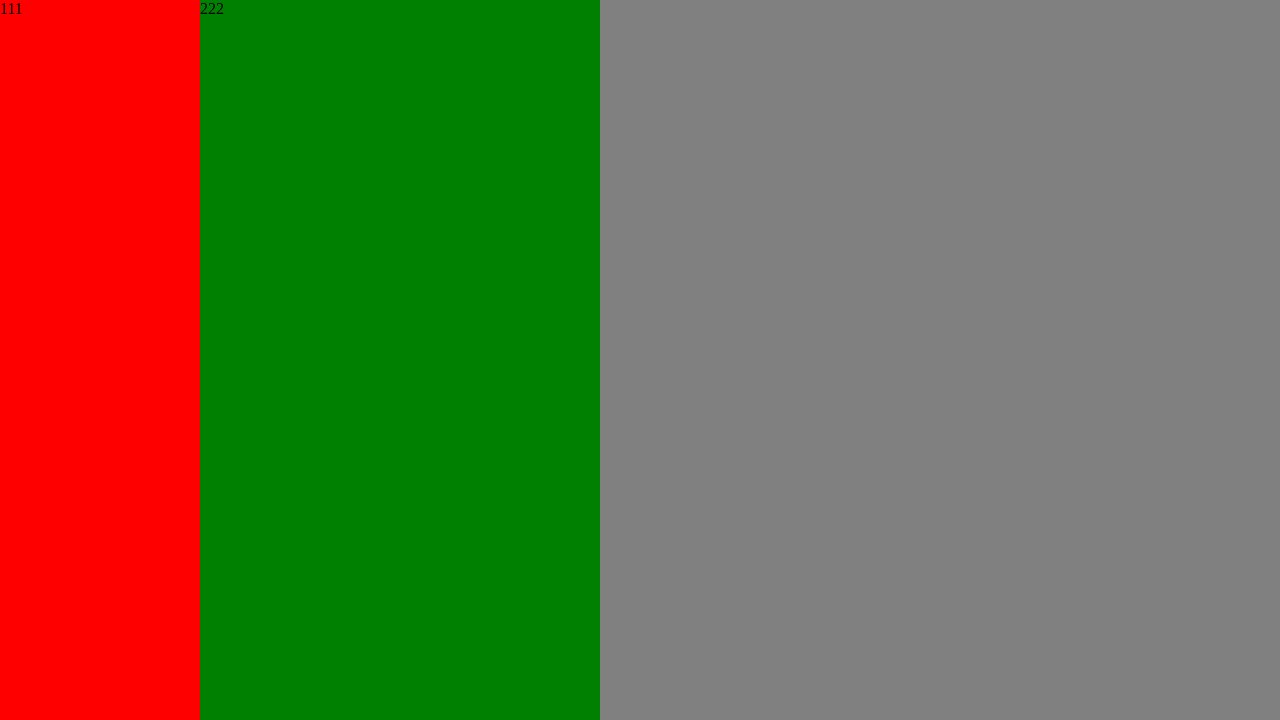
Repository: lihaitao123321/vue-demo-1
Page: /
These files come from the project's save history. The page is drawn as it stood at one moment and after the next save; the edit follows.
The browser window is 1280 px wide. The pictures show the whole page.
The project was rebuilt for these pictures with package versions that can differ from the ones it lists, and the page was loaded fresh each time.

Above is the page before, as saved 2021-12-20 10:21:50.

After the next save:
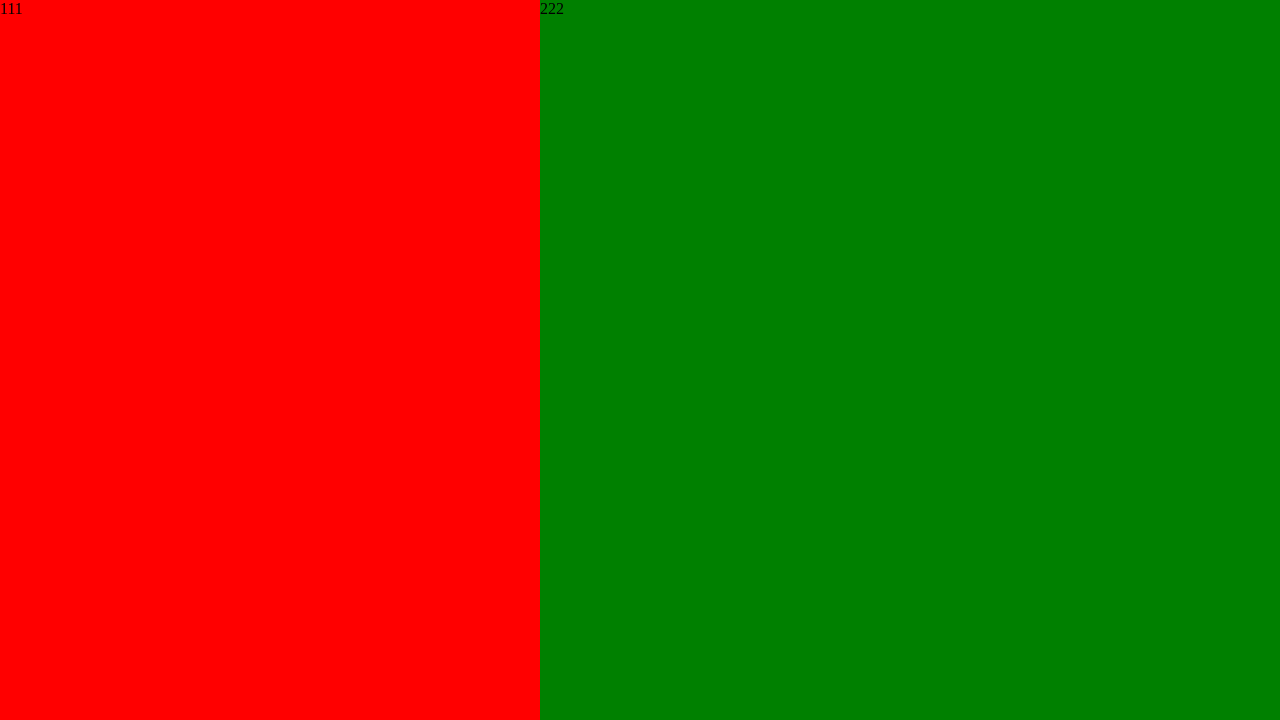
Saved 106 s later.
--- a/src/App.vue
+++ b/src/App.vue
@@ -39,9 +39,11 @@
 .div1 {
   background-color: red;
   width: 200px;
+  flex-grow: 1;
 }
 .div2 {
   background-color: green;
   width: 400px;
+  flex-grow: 1;
 }
 </style>

After the save that followed:
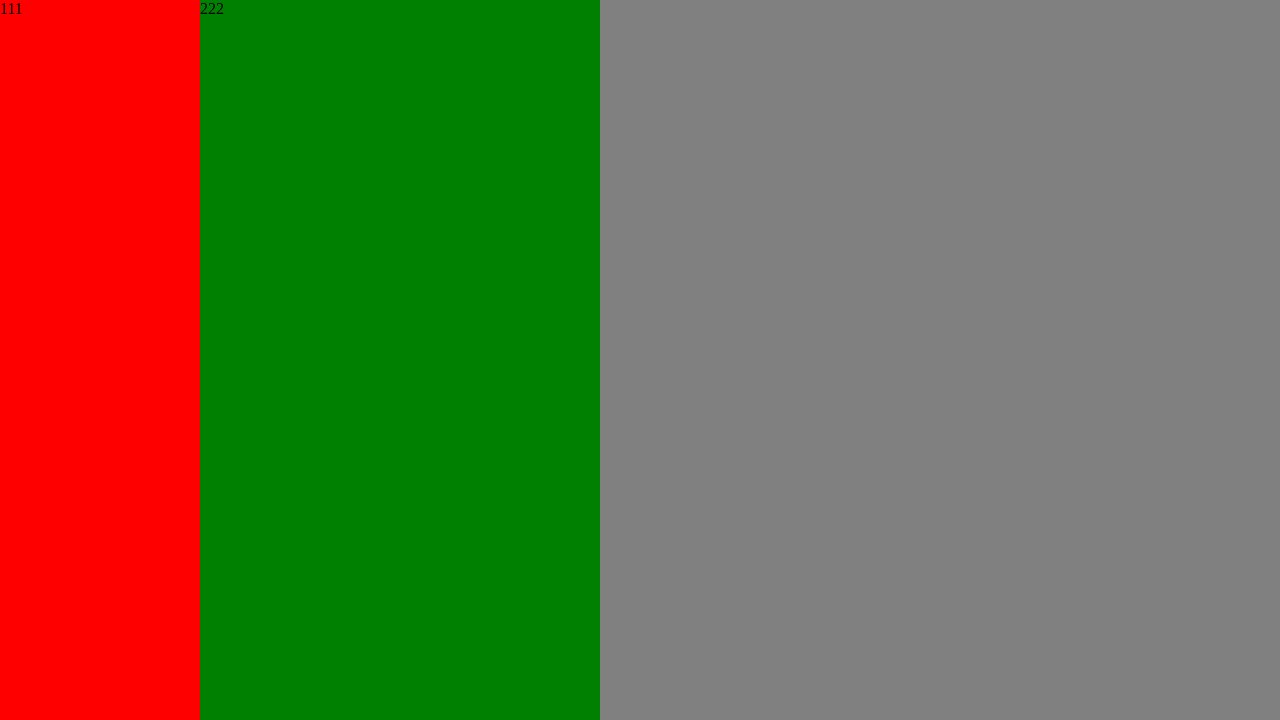
Saved 86 s later.
--- a/src/App.vue
+++ b/src/App.vue
@@ -39,11 +39,9 @@
 .div1 {
   background-color: red;
   width: 200px;
-  flex-grow: 1;
 }
 .div2 {
   background-color: green;
   width: 400px;
-  flex-grow: 1;
 }
 </style>
